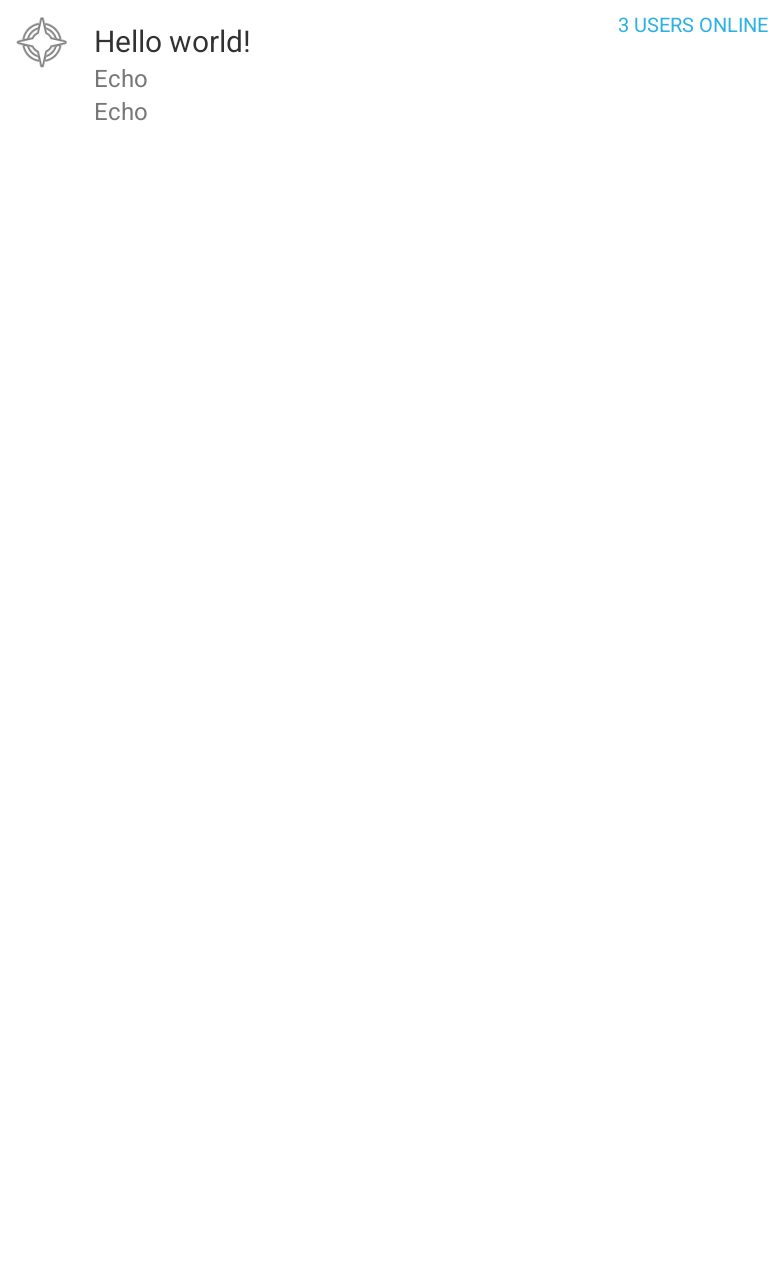
Repository: Team-Echo/CSTIB-Echo
Layout: EchoAndroid/res/layout/conv_list_row.xml
The author's editor kept a copy of each file at every save. The layout is drawn from the files as they stood at one save, then again after the next save.
It is drawn on a 768 x 1280 px phone screen (xhdpi) without system bars, with theme AppTheme; the app's code is not run.

Above is the layout before, as saved 2014-01-29 18:31:55.

### EchoAndroid/res/layout/conv_list_row.xml
<?xml version="1.0" encoding="utf-8"?>
<RelativeLayout xmlns:android="http://schemas.android.com/apk/res/android"
    android:layout_width="fill_parent"
    android:layout_height="match_parent" >

    <ImageView
        android:id="@+id/rowImage"
        android:layout_width="wrap_content"
        android:layout_height="wrap_content"
        android:layout_alignParentLeft="true"
        android:layout_alignParentTop="true"
        android:layout_margin="5dp"
        android:contentDescription="@string/app_name"
        android:src="@android:drawable/ic_menu_compass" />

    <TextView
        android:id="@+id/convNameRow"
        android:layout_width="wrap_content"
        android:layout_height="wrap_content"
        android:layout_alignTop="@+id/rowImage"
        android:layout_marginBottom="0dp"
        android:layout_marginLeft="5dp"
        android:layout_marginTop="5dp"
        android:layout_toLeftOf="@+id/convOnlineRow"
        android:layout_toRightOf="@+id/rowImage"
        android:ems="10"
        android:text="@string/hello_world"
        android:textSize="15sp" >

    </TextView>

    <TextView
        android:id="@+id/convUsersRow"
        android:layout_width="wrap_content"
        android:layout_height="wrap_content"
        android:layout_alignLeft="@+id/convNameRow"
        android:layout_alignRight="@+id/convNameRow"
        android:layout_below="@+id/convNameRow"
        android:layout_marginBottom="0dp"
        android:ems="10"
        android:text="@string/app_name"
        android:textSize="12sp"
        android:textColor="#777777" />

    <TextView
        android:id="@+id/convTagsRow"
        android:layout_width="wrap_content"
        android:layout_height="wrap_content"
        android:layout_alignLeft="@+id/convUsersRow"
        android:layout_alignRight="@+id/convUsersRow"
        android:layout_below="@+id/convUsersRow"
        android:layout_marginBottom="5dp"
        android:ems="10"
        android:text="@string/app_name"
        android:textSize="12sp"
        android:textColor="#777777" />

    <TextView
        android:id="@+id/convOnlineRow"
        android:layout_width="wrap_content"
        android:layout_height="wrap_content"
        android:layout_alignParentRight="true"
        android:layout_alignTop="@+id/rowImage"
        android:text="3 users online"
        android:textAllCaps="true"
        android:textColor="@color/midBlue"
        android:textSize="10sp" />

</RelativeLayout>

### EchoAndroid/res/values/strings.xml
<?xml version="1.0" encoding="utf-8"?>
<resources>

    <string name="app_name">Echo</string>
    <string name="action_settings">Settings</string>
    <string name="hello_world">Hello world!</string>
    <string name="username">Username</string>
    <string name="echoLogo">Echo Logo</string>
    <string name="login">Login</string>
    <string name="password">password</string>

</resources>

### EchoAndroid/res/values/colors.xml
<?xml version="1.0" encoding="utf-8"?>
<resources>
    <color name="background">#3f3f3f</color>
    <color name="textInputColor">#bfbfbf</color>
    <color name="buttonBackground">#0099cc</color>
    <color name="white">#ffffff</color>
    <color name="black">#000000</color>
    <color name="lightBlue">#e2f4fb</color>
    <color name="midBlue">#2cb1e1</color>

</resources>

Loaded but not shown: EchoAndroid/res/values/styles.xml (common file); EchoAndroid/res/values-v11/styles.xml (common file); EchoAndroid/res/values-v14/styles.xml (common file)

After the next save:
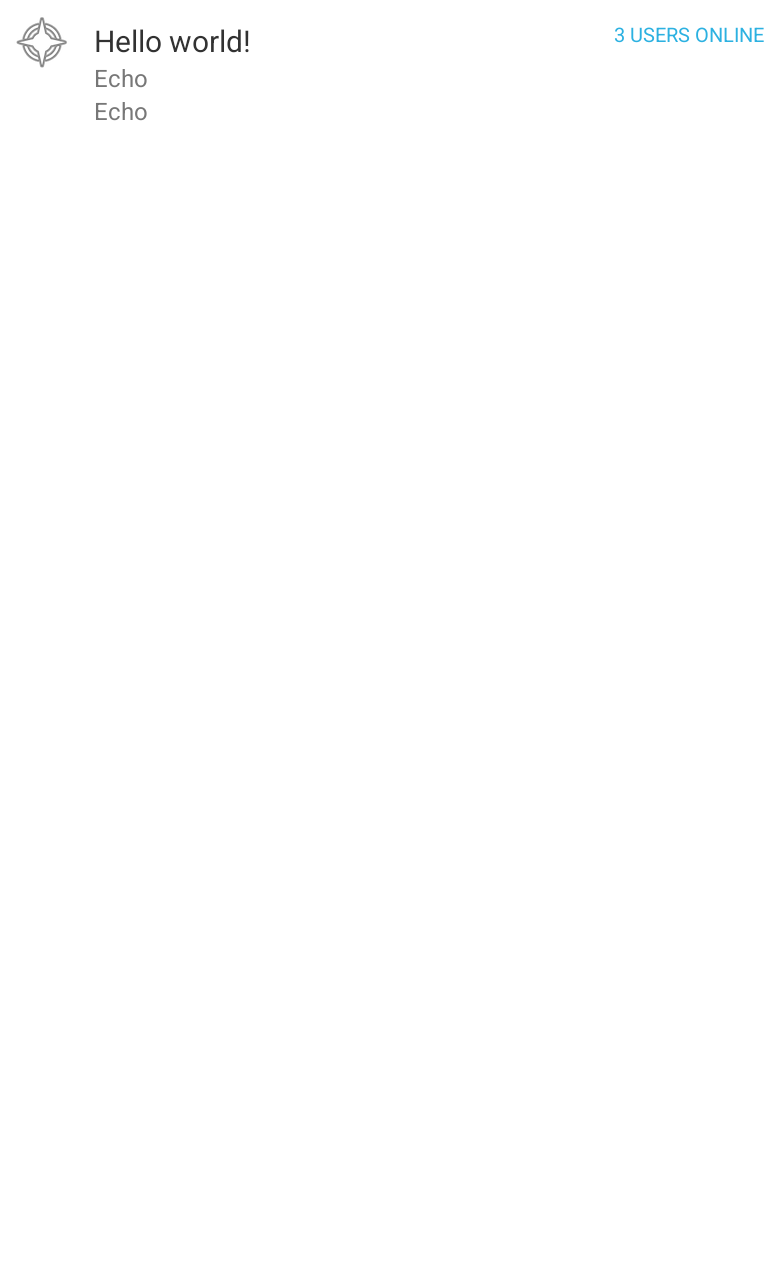
Saved 27 s later.
--- a/EchoAndroid/res/layout/conv_list_row.xml
+++ b/EchoAndroid/res/layout/conv_list_row.xml
@@ -60,7 +60,8 @@
         android:layout_width="wrap_content"
         android:layout_height="wrap_content"
         android:layout_alignParentRight="true"
-        android:layout_alignTop="@+id/rowImage"
+        android:layout_alignTop="@+id/convNameRow"
+        android:layout_marginRight="2dp"
         android:text="3 users online"
         android:textAllCaps="true"
         android:textColor="@color/midBlue"
